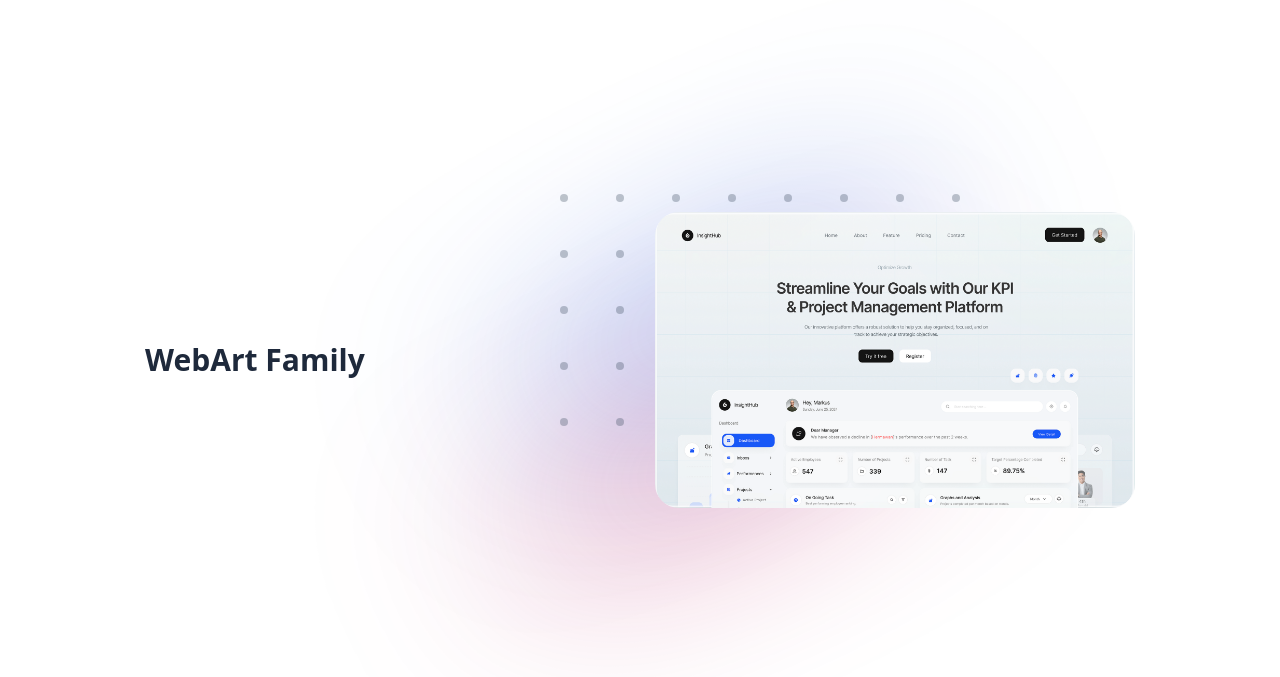
Repository: 30namp/youtube-web-art-code
Page: stunning landing page 1/index.html
These files come from the project's save history. The page is drawn as it stood at one moment and after the next save; the edit follows.
The browser window is 1280 px wide. The pictures show the whole page.

Above is the page before, as saved 2024-09-26 18:30:02.

### stunning landing page 1/index.html
<!DOCTYPE html>
<html lang="en">
  <head>
    <meta charset="UTF-8" />
    <meta name="viewport" content="width=device-width, initial-scale=1.0" />
    <title>WebArt Design</title>
    <script src="./tailwindcss.min.js"></script>
  </head>
  <body class="min-h-screen">
    <div
      class="absolute right-[25%] top-[60%] h-12 w-[30rem] rounded-[100%] rotate-[-25deg] bg-pink-700 blur-[6rem]"
    ></div>
    <div
      class="absolute right-[25%] top-[40%] h-12 w-[30rem] rounded-[100%] rotate-[-25deg] bg-blue-700 blur-[6rem]"
    ></div>
    <div class="grid grid-cols-8 gap-12 absolute right-[25%] top-[27%]">
      <div class="rounded-full bg-slate-700/30 size-2 shadow-lg"></div>
      <div class="rounded-full bg-slate-700/30 size-2 shadow-lg"></div>
      <div class="rounded-full bg-slate-700/30 size-2 shadow-lg"></div>
      <div class="rounded-full bg-slate-700/30 size-2 shadow-lg"></div>
      <div class="rounded-full bg-slate-700/30 size-2 shadow-lg"></div>
      <div class="rounded-full bg-slate-700/30 size-2 shadow-lg"></div>
      <div class="rounded-full bg-slate-700/30 size-2 shadow-lg"></div>
      <div class="rounded-full bg-slate-700/30 size-2 shadow-lg"></div>
      <div class="rounded-full bg-slate-700/30 size-2 shadow-lg"></div>
      <div class="rounded-full bg-slate-700/30 size-2 shadow-lg"></div>
      <div class="rounded-full bg-slate-700/30 size-2 shadow-lg"></div>
      <div class="rounded-full bg-slate-700/30 size-2 shadow-lg"></div>
      <div class="rounded-full bg-slate-700/30 size-2 shadow-lg"></div>
      <div class="rounded-full bg-slate-700/30 size-2 shadow-lg"></div>
      <div class="rounded-full bg-slate-700/30 size-2 shadow-lg"></div>
      <div class="rounded-full bg-slate-700/30 size-2 shadow-lg"></div>
      <div class="rounded-full bg-slate-700/30 size-2 shadow-lg"></div>
      <div class="rounded-full bg-slate-700/30 size-2 shadow-lg"></div>
      <div class="rounded-full bg-slate-700/30 size-2 shadow-lg"></div>
      <div class="rounded-full bg-slate-700/30 size-2 shadow-lg"></div>
      <div class="rounded-full bg-slate-700/30 size-2 shadow-lg"></div>
      <div class="rounded-full bg-slate-700/30 size-2 shadow-lg"></div>
      <div class="rounded-full bg-slate-700/30 size-2 shadow-lg"></div>
      <div class="rounded-full bg-slate-700/30 size-2 shadow-lg"></div>
      <div class="rounded-full bg-slate-700/30 size-2 shadow-lg"></div>
      <div class="rounded-full bg-slate-700/30 size-2 shadow-lg"></div>
      <div class="rounded-full bg-slate-700/30 size-2 shadow-lg"></div>
      <div class="rounded-full bg-slate-700/30 size-2 shadow-lg"></div>
      <div class="rounded-full bg-slate-700/30 size-2 shadow-lg"></div>
      <div class="rounded-full bg-slate-700/30 size-2 shadow-lg"></div>
      <div class="rounded-full bg-slate-700/30 size-2 shadow-lg"></div>
      <div class="rounded-full bg-slate-700/30 size-2 shadow-lg"></div>
      <div class="rounded-full bg-slate-700/30 size-2 shadow-lg"></div>
      <div class="rounded-full bg-slate-700/30 size-2 shadow-lg"></div>
      <div class="rounded-full bg-slate-700/30 size-2 shadow-lg"></div>
      <div class="rounded-full bg-slate-700/30 size-2 shadow-lg"></div>
      <div class="rounded-full bg-slate-700/30 size-2 shadow-lg"></div>
      <div class="rounded-full bg-slate-700/30 size-2 shadow-lg"></div>
      <div class="rounded-full bg-slate-700/30 size-2 shadow-lg"></div>
      <div class="rounded-full bg-slate-700/30 size-2 shadow-lg"></div>
    </div>

    <div
      class="hero-section relative h-screen flex justify-around items-center"
    >
      <div class="content">
        <h1 class="text-3xl font-bold text-slate-800">WebArt Family</h1>
      </div>
      <img class="w-[30rem] rounded-3xl" src="./img.png" alt="" />
    </div>
  </body>
</html>

Loaded but not shown: stunning landing page 1/tailwindcss.min.js (library)

After the next save:
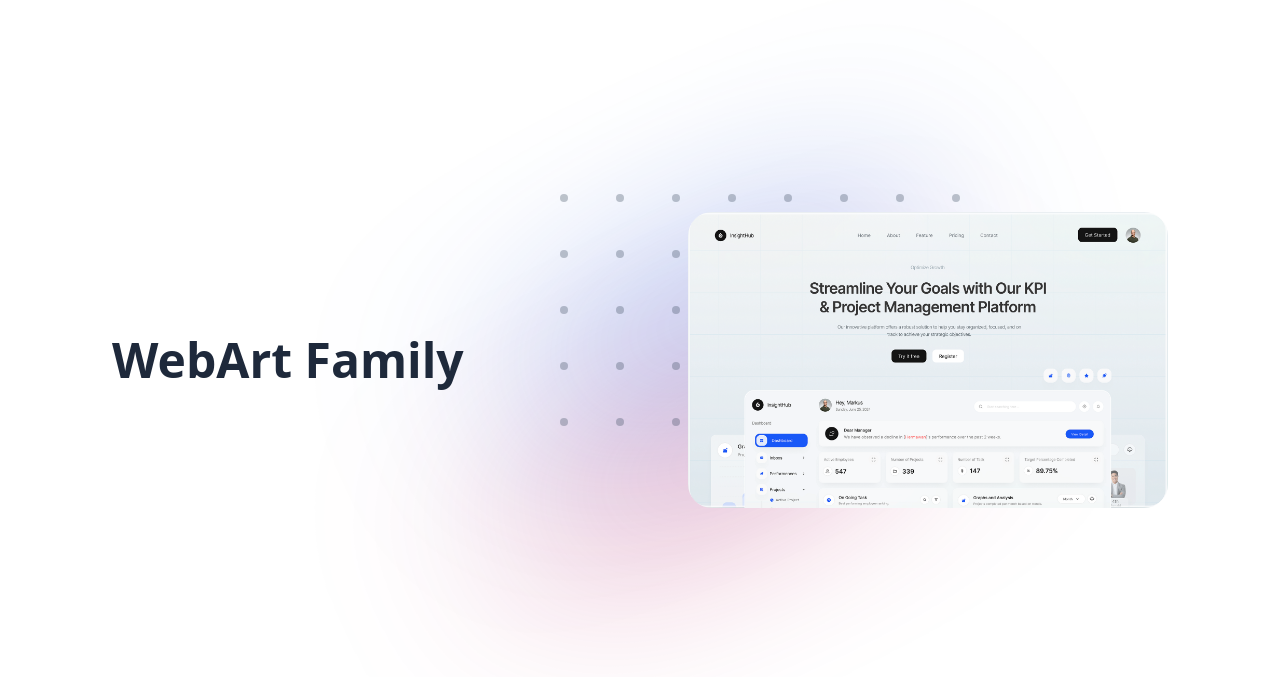
Saved 6 s later.
--- a/stunning landing page 1/index.html
+++ b/stunning landing page 1/index.html
@@ -60,7 +60,7 @@
       class="hero-section relative h-screen flex justify-around items-center"
     >
       <div class="content">
-        <h1 class="text-3xl font-bold text-slate-800">WebArt Family</h1>
+        <h1 class="text-5xl font-bold text-slate-800">WebArt Family</h1>
       </div>
       <img class="w-[30rem] rounded-3xl" src="./img.png" alt="" />
     </div>
